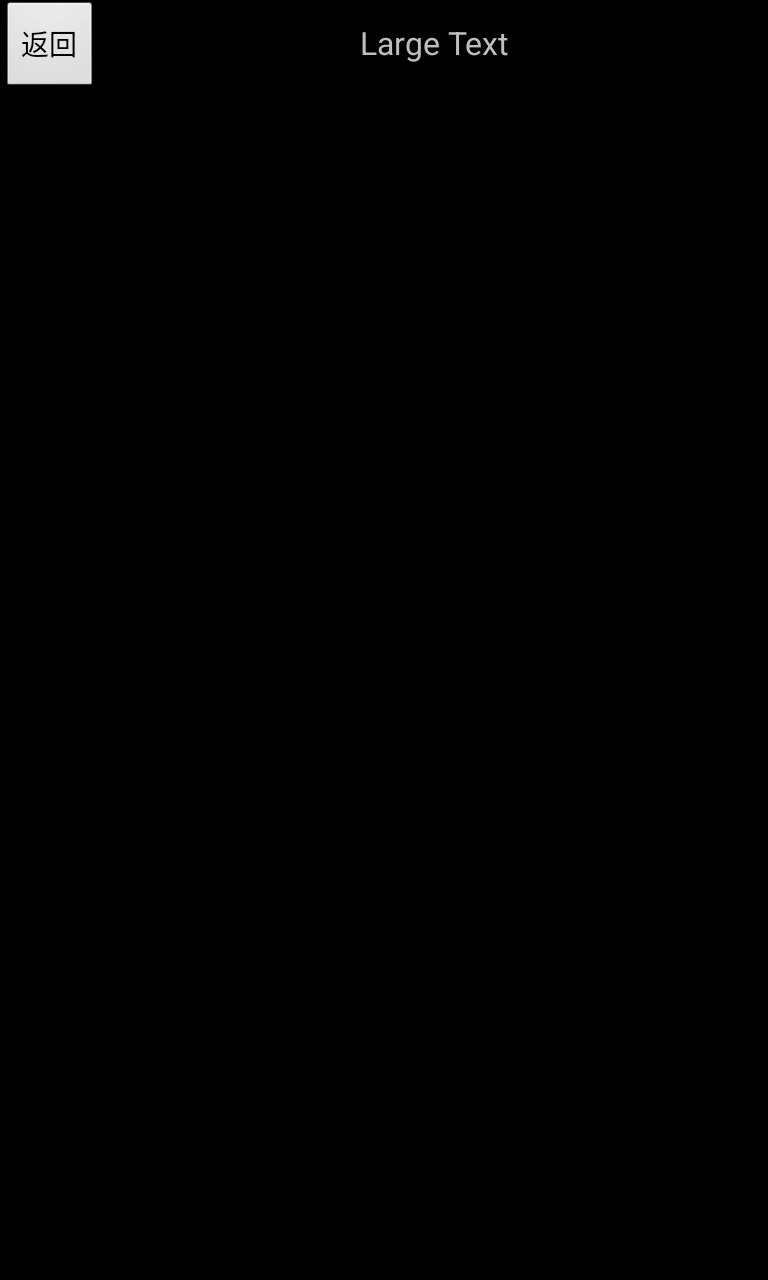
Repository: gongxinge/money-android
Layout: P2P/res/layout/billdetaillist.xml
The author's editor kept a copy of each file at every save. The layout is drawn from the files as they stood at one save, then again after the next save.
It is drawn on a 768 x 1280 px phone screen (xhdpi) without system bars, with theme android:Theme; the app's code is not run. Lists and similar views that code fills are empty.

Above is the layout before, as saved 2015-06-28 07:55:22.

### P2P/res/layout/billdetaillist.xml
<?xml version="1.0" encoding="utf-8"?>
<LinearLayout xmlns:android="http://schemas.android.com/apk/res/android"
    android:layout_width="match_parent"
    android:layout_height="match_parent"
    android:orientation="vertical" >

    <LinearLayout
        android:id="@+id/llCenter"
        android:layout_width="fill_parent"
        android:layout_height="wrap_content"
        android:orientation="horizontal" >

        <Button
            android:id="@+id/btnBack"
            android:layout_width="wrap_content"
            android:layout_height="wrap_content"
            android:text="返回" />

        <TextView
            android:id="@+id/txtMonthInfo"
            android:layout_width="fill_parent"
            android:layout_height="wrap_content"
            android:gravity="center"
            android:textSize="16dp"
            android:text="Large Text" />
    </LinearLayout>

    <ListView
        android:id="@+id/listView1"
        android:layout_width="match_parent"
        android:layout_height="wrap_content" >
    </ListView>

</LinearLayout>

After the next save:
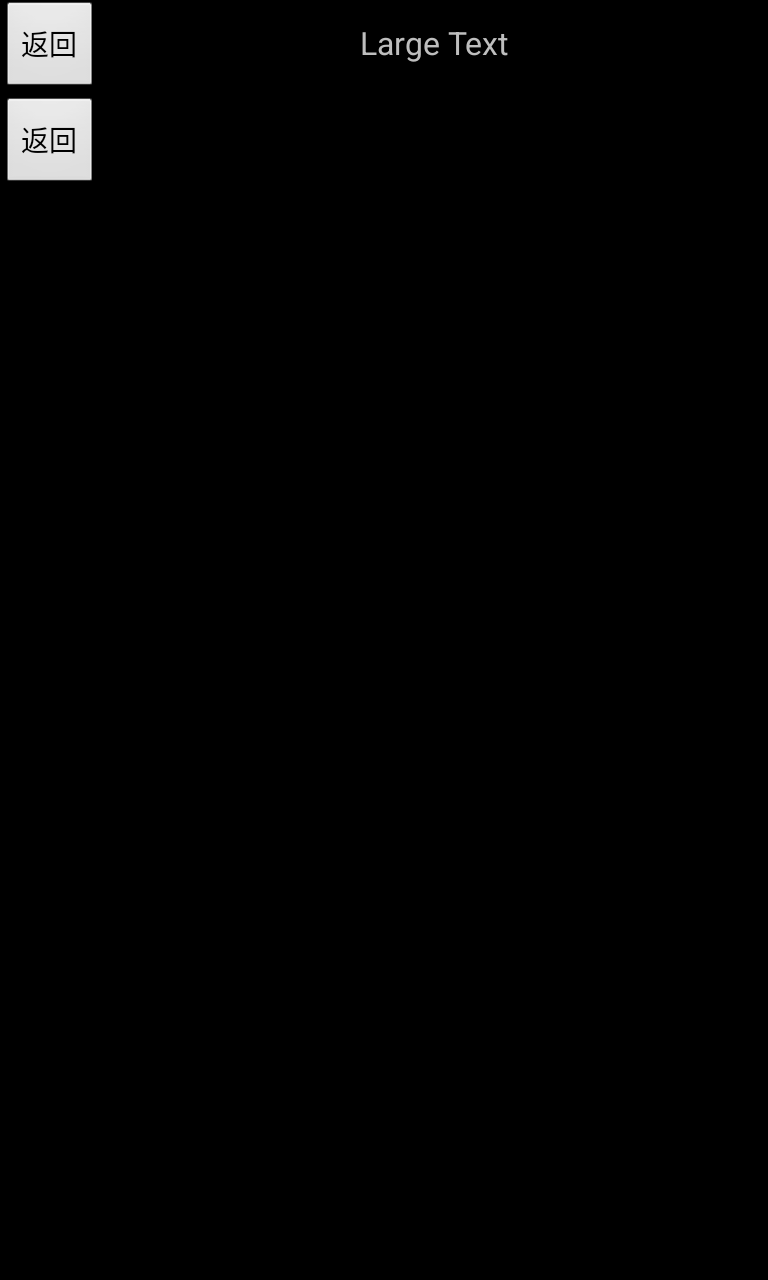
Saved 84 s later.
--- a/P2P/res/layout/billdetaillist.xml
+++ b/P2P/res/layout/billdetaillist.xml
@@ -24,7 +24,11 @@
             android:textSize="16dp"
             android:text="Large Text" />
     </LinearLayout>
-
+        <Button
+            android:id="@+id/btnBack"
+            android:layout_width="wrap_content"
+            android:layout_height="wrap_content"
+            android:text="返回" />
     <ListView
         android:id="@+id/listView1"
         android:layout_width="match_parent"
